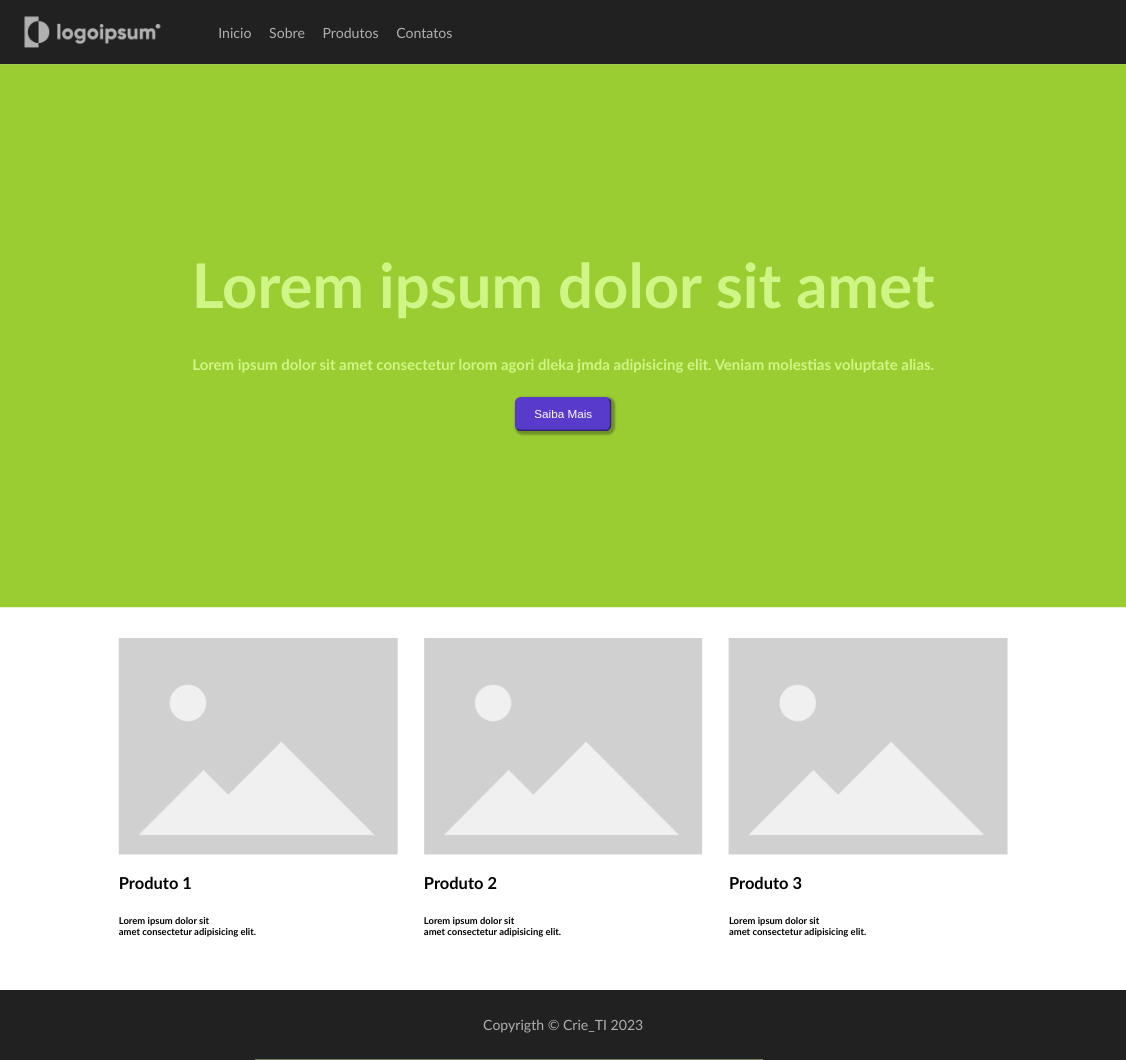
Repository: robsonwssantos/Projeto_Olaria
Page: Exercicios/ex.01/index.html
The author's editor kept a copy of each file at every save. The page is drawn from the files as they stood at one save, then again after the next save.
The browser window is 1280 px wide. The pictures show the whole page, at 88% of full size.

Above is the page before, as saved 2023-04-21 13:29:18.

### Exercicios/ex.01/index.html
<!DOCTYPE html>
<html lang="pt-BR">
<head>
    <meta charset="UTF-8">
    <meta http-equiv="X-UA-Compatible" content="IE=edge">
    <meta name="viewport" content="width=device-width, initial-scale=1.0">
    <title>Desafio HTML-CSS</title>

    <style>
        body {
            margin: 0;
            font-family: 'Gill Sans', 'Gill Sans MT', Calibri, 'Trebuchet MS', sans-serif;
        }

        nav {
            color: #B0B0B0;
            background-color: #212121;
        }

        .banner {
            color: #d0f587;
            background-color: #9ACD32;
            text-align: center;
            padding: 150px 0px 200px 0px;
        }

        .banner h1 {
            font-size: 70px;
        }

        .banner h3 {
            font-size: 17px;
            margin-top: -20px;
        }



        .botao {
            color: #fff;
            background-color: #593BCC;
            border-color: #593BCC;
            border-radius: 7px;
            padding: 10px 20px 10px 20px;
            margin-top: 10px;
            box-shadow: 2px 2px 2px 2px rgba(19, 18, 18, 0.315);
        }


        header {
            display: flex;
            align-items: center;
            background-color:#212121;
            box-sizing: border-box;
            color: #B0B0B0;;
           /* width: 100%;
            position: absolute;
            position: fixed;
            top: 0; */
        }

        header img {
            width: 170px;
            margin-left: 20px;
            margin-right: 50px;
        }

        header a {
            margin: 8px;
            text-decoration: none;
            color: #B0B0B0;
        }

        a:hover {
            color: #ffffff;
        }


        .container {
            margin: 20px 120px 20px 120px;
            display: flex;
            border-top: none;
            padding-top: 0;
        }

        .container img {
            width: 100%;

        }

        .colum {
            flex: 1; /*distribui as 3 divs dentro do conteiner com larguras iguais*/
            margin: 15px; /*coloca uma margem entre elas*/
            text-align: left;
        }


        footer {
            text-align: center;
            padding-top: 30px;
            padding-bottom: 30px;
            color:#B0B0B0;
            background-color:#212121;

        }

    </style>

</head>
<body>
    <header>

        <img src="logo.png" alt="">
        <nav>
            <a href="">Inicio</a>
            <a href="">Sobre</a>
            <a href="">Produtos</a>
            <a href="">Contatos</a>
        </nav>

    </header>
   <main>
        <section class="banner">
            <div>
                <h1>Lorem ipsum dolor sit amet</h1>
                <h3>Lorem ipsum dolor sit amet consectetur lorom agori dleka jmda adipisicing elit. Veniam molestias voluptate alias.</h3>
                <button class="botao">Saiba Mais</button>
            </div>
        </section>

        <section class="container" class="row">
            <div class="colum">
                <img src="placeholder.png" alt="">
                <h3>Produto 1</h3>
                <h6>
                    Lorem ipsum dolor sit<br>
                    amet consectetur adipisicing elit.
                </h6>
            </div>
            <div class="colum">
                <img src="placeholder.png" alt="">
                <h3>Produto 2</h3>
                <h6>
                    Lorem ipsum dolor sit<br>
                    amet consectetur adipisicing elit.
                </h6>
            </div>
            <div class="colum">
                <img src="placeholder.png" alt="">
                <h3>Produto 3</h3>
                <h6>
                    Lorem ipsum dolor sit<br>
                    amet consectetur adipisicing elit.
                </h6>
            </div>
        </section>
   </main>

    <footer>
        Copyrigth © Crie_TI 2023
    </footer>
</body>
</html>

After the next save:
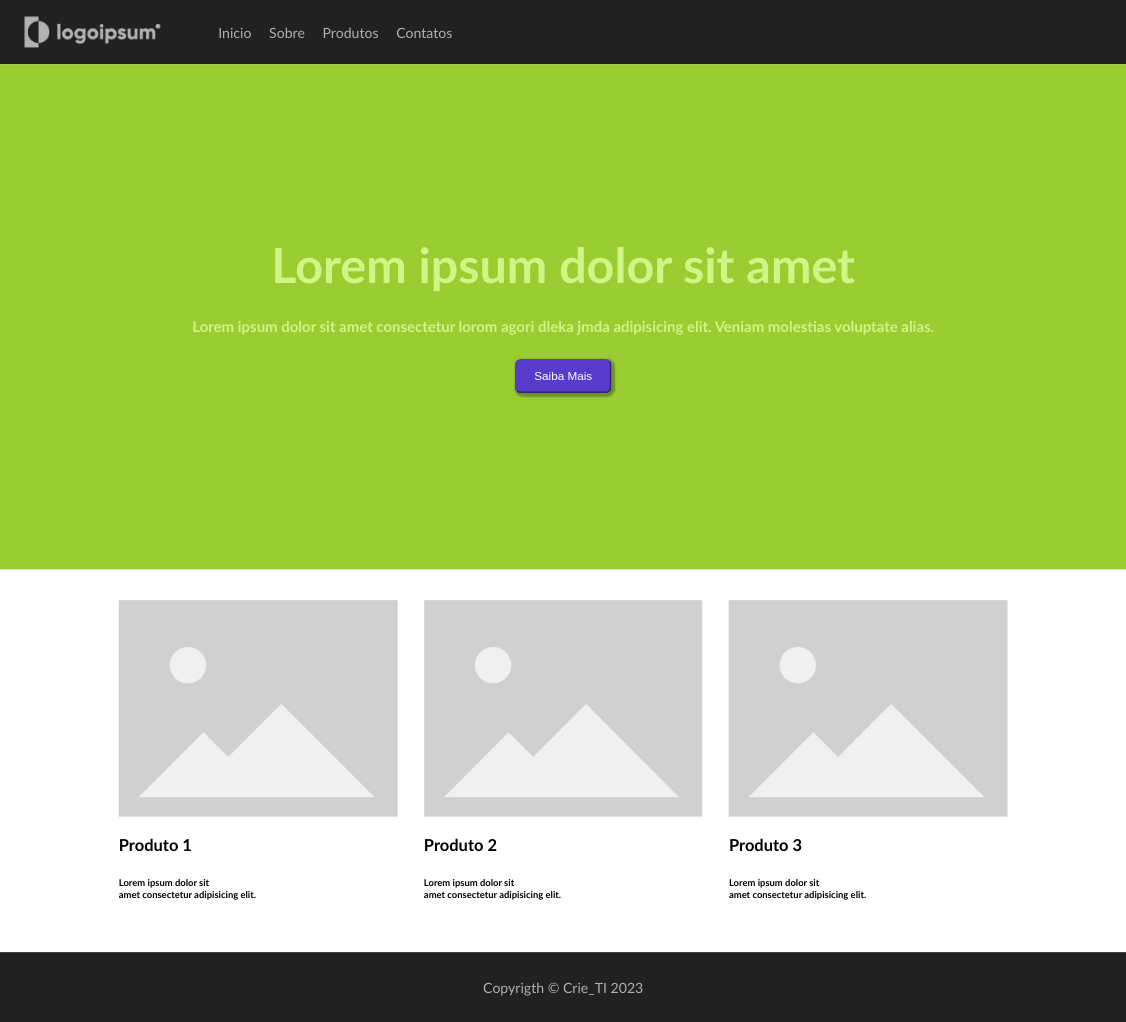
Saved 12 s later.
--- a/Exercicios/ex.01/index.html
+++ b/Exercicios/ex.01/index.html
@@ -25,7 +25,7 @@
         }
 
         .banner h1 {
-            font-size: 70px;
+            font-size: 55px;
         }
 
         .banner h3 {
